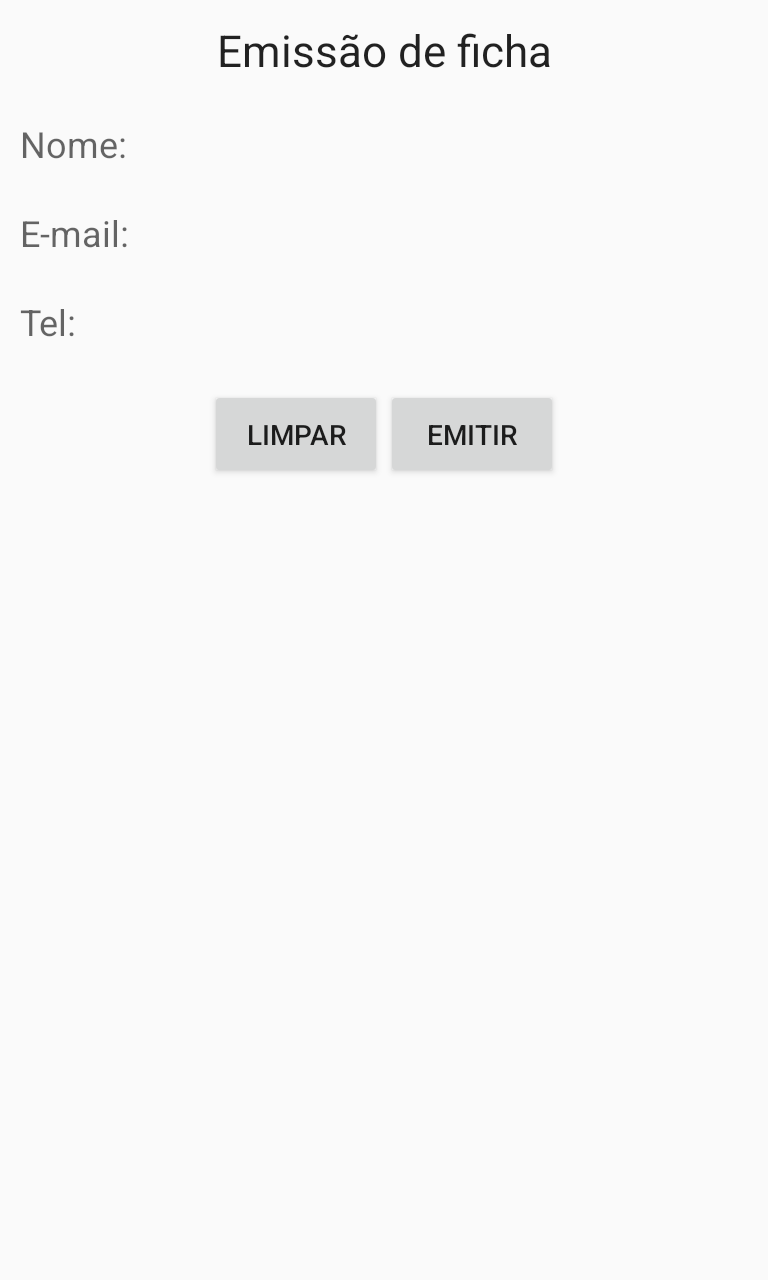
Repository: StefanoAraujo/MiniCurso.Android.Basico.Cadastro
Layout: Clientes/res/layout/activity_form.xml
The author's editor kept a copy of each file at every save. The layout is drawn from the files as they stood at one save, then again after the next save.
It is drawn on a 768 x 1280 px phone screen (xhdpi) without system bars, with theme AppTheme; the app's code is not run.

Above is the layout before, as saved 2015-03-01 18:32:47.

After the next save:
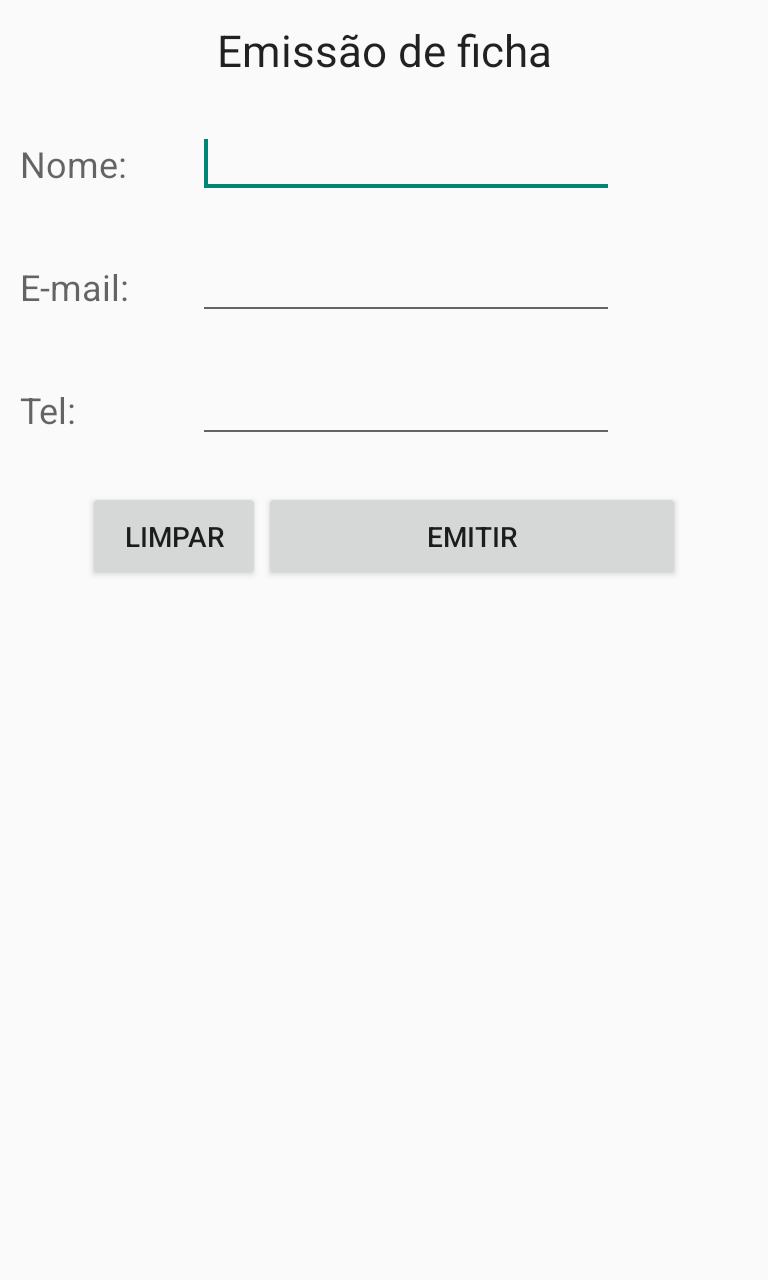
Saved 2 min 12 s later.
--- a/Clientes/res/layout/activity_form.xml
+++ b/Clientes/res/layout/activity_form.xml
@@ -31,6 +31,16 @@
                 android:text="Nome:"
                 android:textAppearance="?android:attr/textAppearanceMedium" />
 
+            <EditText
+                android:id="@+id/editTextNome"
+                android:layout_width="wrap_content"
+                android:layout_height="wrap_content"
+                android:ems="10"
+                android:inputType="textPersonName" >
+
+                <requestFocus />
+            </EditText>
+
         </TableRow>
 
         <TableRow
@@ -46,6 +56,13 @@
                 android:text="E-mail:"
                 android:textAppearance="?android:attr/textAppearanceMedium" />
 
+            <EditText
+                android:id="@+id/editText2"
+                android:layout_width="wrap_content"
+                android:layout_height="wrap_content"
+                android:ems="10"
+                android:inputType="textEmailAddress" />
+
         </TableRow>
 
         <TableRow
@@ -60,6 +77,13 @@
                 android:layout_height="wrap_content"
                 android:text="Tel:"
                 android:textAppearance="?android:attr/textAppearanceMedium" />
+
+            <EditText
+                android:id="@+id/editText3"
+                android:layout_width="wrap_content"
+                android:layout_height="wrap_content"
+                android:ems="10"
+                android:inputType="phone" />
 
         </TableRow>
 
